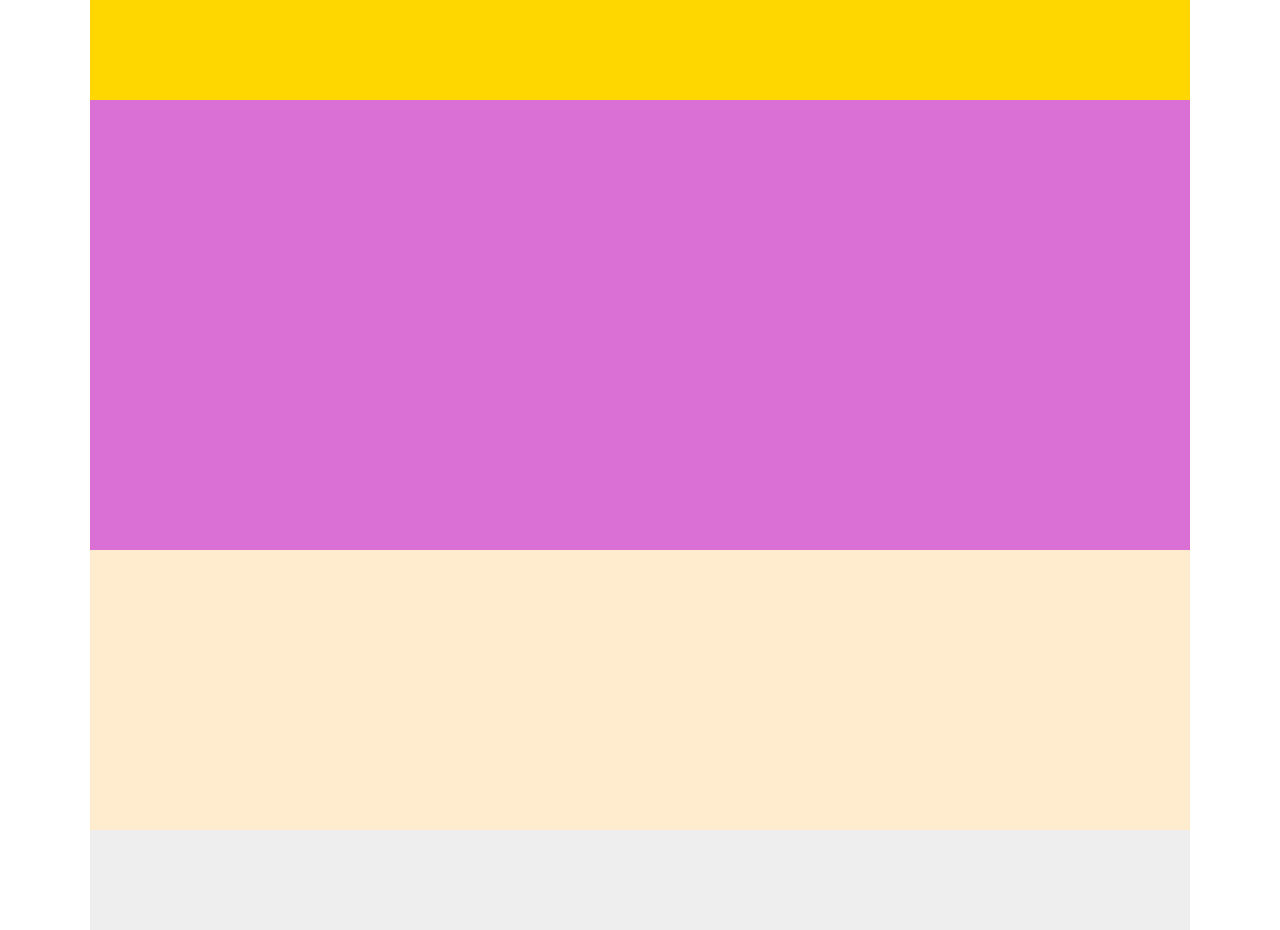
Repository: Hotmintchoco/SpringStudy
Page: HtmlTest/src/main/webapp/index4.html
The author's editor kept a copy of each file at every save. The page is drawn from the files as they stood at one save, then again after the next save.
The browser window is 1280 px wide. The pictures show the whole page.

Above is the page before, as saved 2022-05-03 07:49:47.

### HtmlTest/src/main/webapp/index4.html
<!DOCTYPE html>
<html>
<head>
<meta charset="EUC-KR">
<title>Index4</title>

<style>
	body {
		margin: 0; padding: 0; font-family: "맑은 고딕";
	}
	ul, ol, li { list-style: none; margin: 0; padding: 0; }

	header {
		width: 1100px; height: 100px; margin: 0 auto; background-color: gold;
	}

	#slider {
		width: 1100px; height: 450px; margin: 0 auto; background-color: #DA70D6;
	}

	section {
		width: 1100px; height: 280px; margin: 0 auto; background-color: #FFEBCD;
	}

	footer {
		width: 1100px; height: 100px; margin: 0 auto; background-color: #eee;
	}
</style>
</head>
<body>

	<header>
		<div id="logo"></div>
		<nav></nav>
	</header>

	<div id="slider"></div>

	<section></section>

	<footer></footer>

</body>
</html>

After the next save:
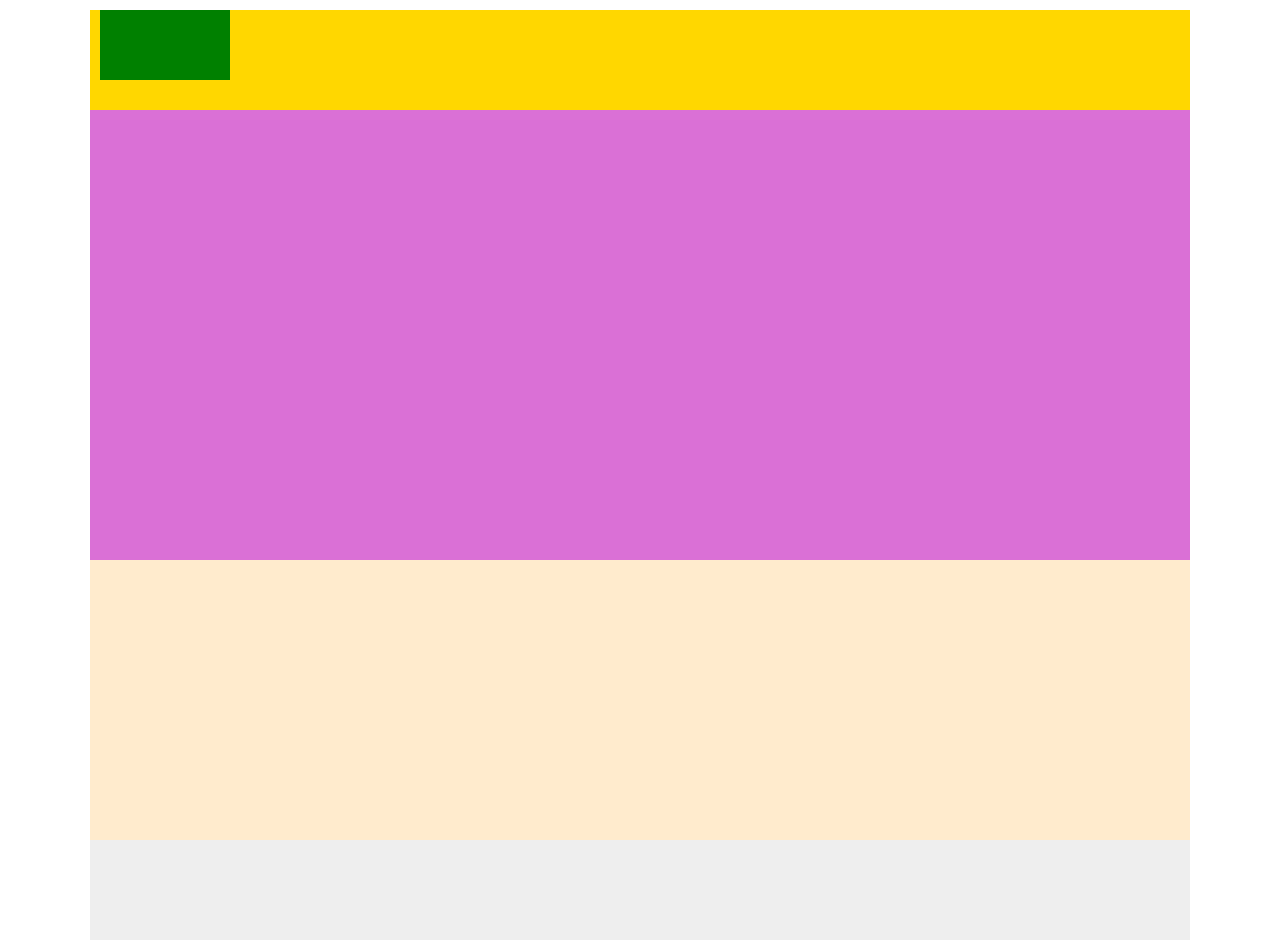
Saved 100 s later.
--- a/HtmlTest/src/main/webapp/index4.html
+++ b/HtmlTest/src/main/webapp/index4.html
@@ -12,6 +12,11 @@
 
 	header {
 		width: 1100px; height: 100px; margin: 0 auto; background-color: gold;
+	}
+
+	#logo {
+		width: 130px; height: 70px; background-color: green;
+		margin: 10px 0 0 10px;
 	}
 
 	#slider {
